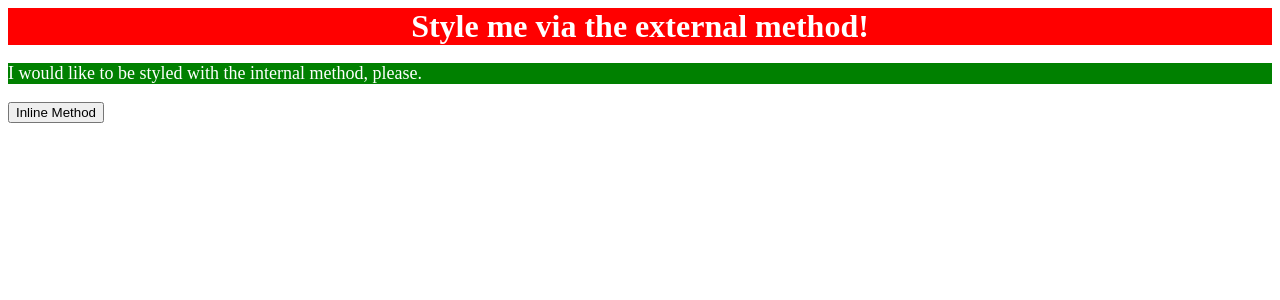
Repository: bbrockbrown/css-exercises
Page: foundations/01-css-methods/index.html
An editor plug-in stored every save of this project. The page is shown before and after the next save, followed by the edit.
The browser window is 1280 px wide. The pictures show the whole page.

Above is the page before, as saved 2024-07-07 14:07:28.

### foundations/01-css-methods/index.html
<!DOCTYPE html>
<html lang="en">
  <head>
    <meta charset="UTF-8">
    <meta http-equiv="X-UA-Compatible" content="IE=edge">
    <meta name="viewport" content="width=device-width, initial-scale=1.0">
    <link rel="stylesheet" href="styles.css">
    <title>Methods for Adding CSS</title>

    <style>
      p {
        background-color: green;
        color: white;
        font-size: 18px;
      }
    </style>
  </head>

  <body>
    <div>Style me via the external method!</div>
    <p>I would like to be styled with the internal method, please.</p>
    <button>Inline Method</button>
  </body>
</html>

Loaded but not shown: foundations/01-css-methods/styles.css (common file)

After the next save:
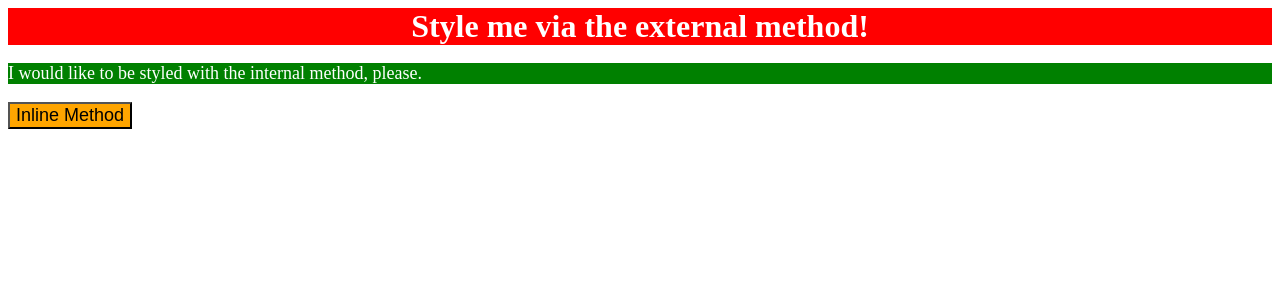
Saved 58 s later.
--- a/foundations/01-css-methods/index.html
+++ b/foundations/01-css-methods/index.html
@@ -19,6 +19,6 @@
   <body>
     <div>Style me via the external method!</div>
     <p>I would like to be styled with the internal method, please.</p>
-    <button>Inline Method</button>
+    <button style="background-color: orange; font-size: 18px;">Inline Method</button>
   </body>
 </html>
